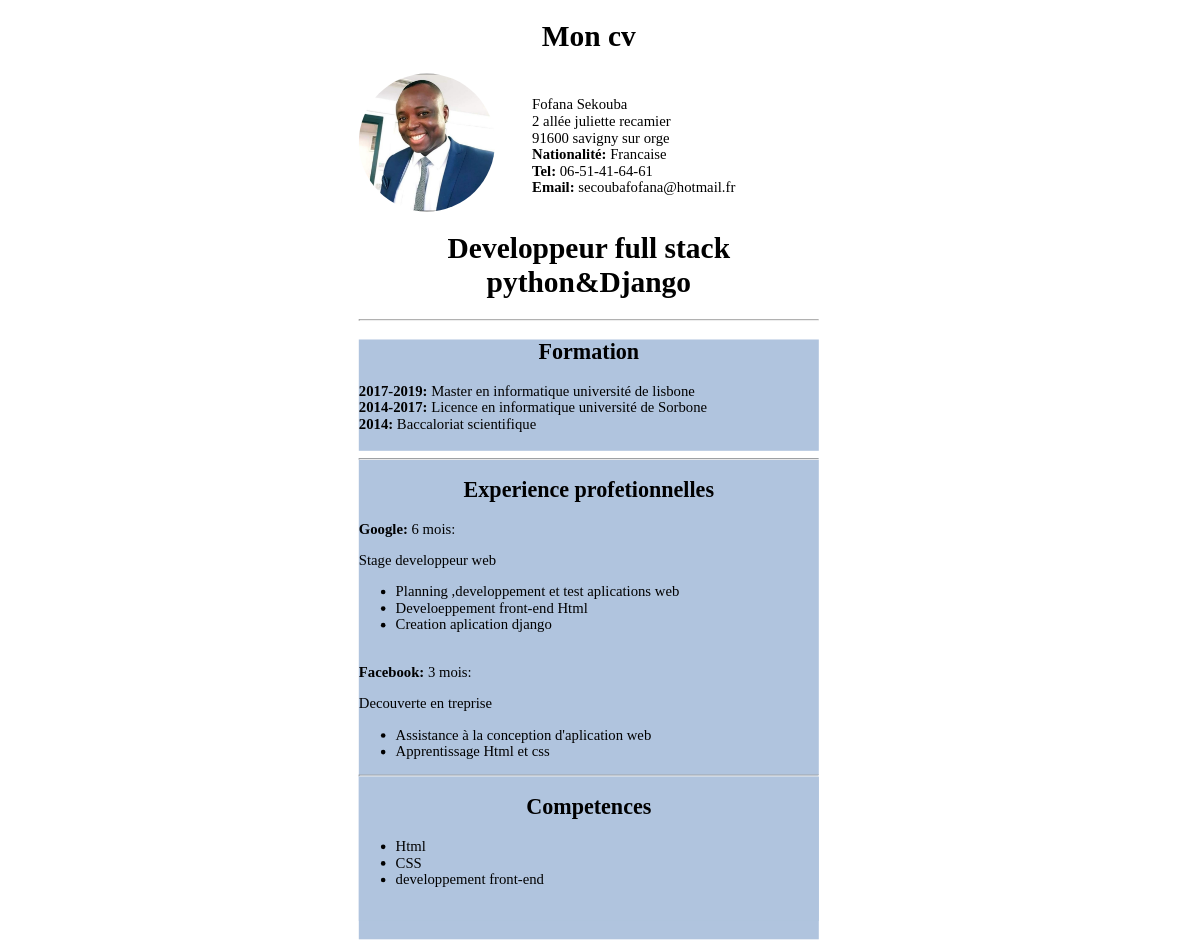
Repository: lamdakara/cv-html
Page: index.html
An editor plug-in stored every save of this project. The page is shown before and after the next save, followed by the edit.
The browser window is 1280 px wide. The pictures show the whole page, at 92% of full size.
Some web libraries are served in a nearby version.

Above is the page before, as saved 2023-08-26 14:11:02.

### index.html
<!DOCTYPE html>
<html lang="fr">
<head>
    <meta charset="UTF-8">
    <meta name="viewport" content="width=device-width, initial-scale=1.0">
    <title>Cv-html-Sekouba</title>
    <link rel="stylesheet" href="/css/style.css">
    <script src="https://kit.fontawesome.com/30d425bcaa.js" crossorigin="anonymous"></script>
</head>
<body>
    <h1>Mon cv</h1>
    <div class="contenu">
    <div class="details">
        <img src="profil.jpg/1661794008238.jpg" alt="image de profil">
    <ul class="liste-details">
        <li>Fofana Sekouba</li>
        <li>2 allée juliette recamier <br>91600 savigny sur orge </li>
        <li><strong>Nationalité:</strong> Francaise</li>
        <li><strong>Tel:</strong> 06-51-41-64-61</li>
        <li><strong>Email:</strong> secoubafofana@hotmail.fr</li>
    </ul>
</div>
    <!-- titre h1 -->
    <h1>Developpeur full stack  <br> python&Django</h1>

    <hr>
    <div class="cv-section">
    <h2>Formation</h2>
    <strong>2017-2019:</strong>
    <span>Master en informatique université de lisbone</span>

    <br>

    <strong>2014-2017:</strong>
    <span>Licence en informatique université de Sorbone</span>

    <br>

    <strong>2014:</strong>
    <span>Baccaloriat scientifique</span>

    </div>
    <div class="cv-section">
    <hr>
    <div>
    <h2>Experience profetionnelles</h2>
    <strong>Google:</strong>
    <span>6 mois:</span>
    <p>Stage developpeur web</p>
    <ul>
        <li>Planning ,developpement et test aplications web</li>
        <li>Develoeppement front-end Html</li>
        <li>Creation aplication django</li>
    </ul>
    <br>

    </div>

    <strong>Facebook:</strong>
    <span>3 mois:</span>
    <p>Decouverte en treprise</p>
    <ul>
        <li>Assistance à la conception d'aplication web</li>
        <li>Apprentissage Html et css </li>

    </ul>

 <div class="cv-section">
    <hr>

    <h2>Competences</h2>
    <ul>
        <li>Html</li>
        <li>CSS</li>
        <li>developpement front-end</li>
    </ul>
</div>
</div>
</body>
</html>

### css/style.css
.contenu{
    width: 500px;
    margin: 10px auto;
    /*background-color: lightskyblue;*/
}

.details{
   /* background-color:lightpink;*/
    height: 150px;
}
.details img {
    float: left;

    height: 150px;
    border-radius: 50%;
}
.liste-details{
    /*background-color: lightsalmon;*/
    float: left;
    list-style: none;
    margin-top: 25px;
}
.cv-section{
    background-color: lightsteelblue;
    padding-bottom: 20px;
}

h1,h2{
text-align: center;
}

After the next save:
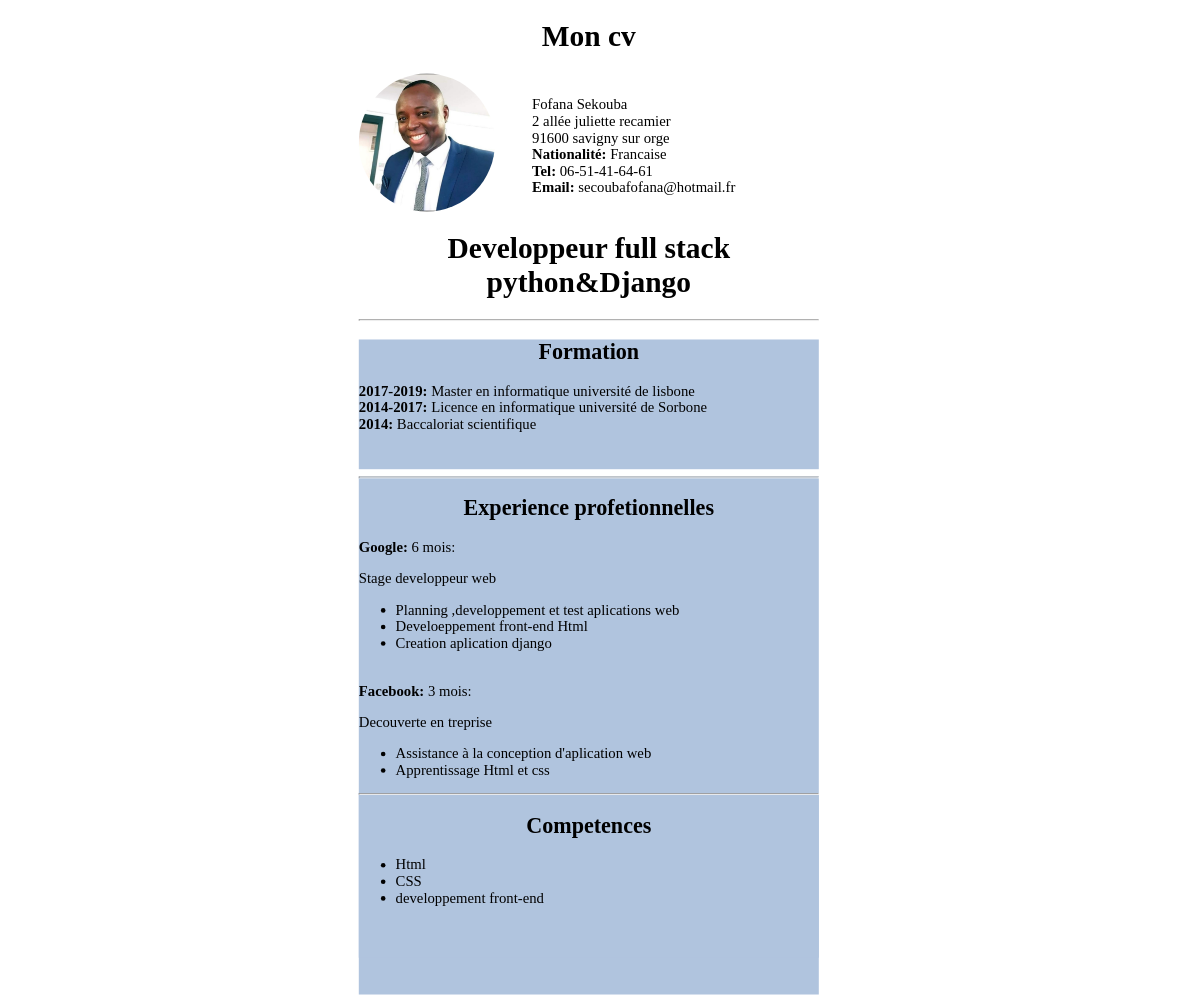
Saved 4 min 22 s later.
--- a/css/style.css
+++ b/css/style.css
@@ -22,7 +22,7 @@
 }
 .cv-section{
     background-color: lightsteelblue;
-    padding-bottom: 20px;
+    padding-bottom: 40px;
 }
 
 h1,h2{

After the save that followed:
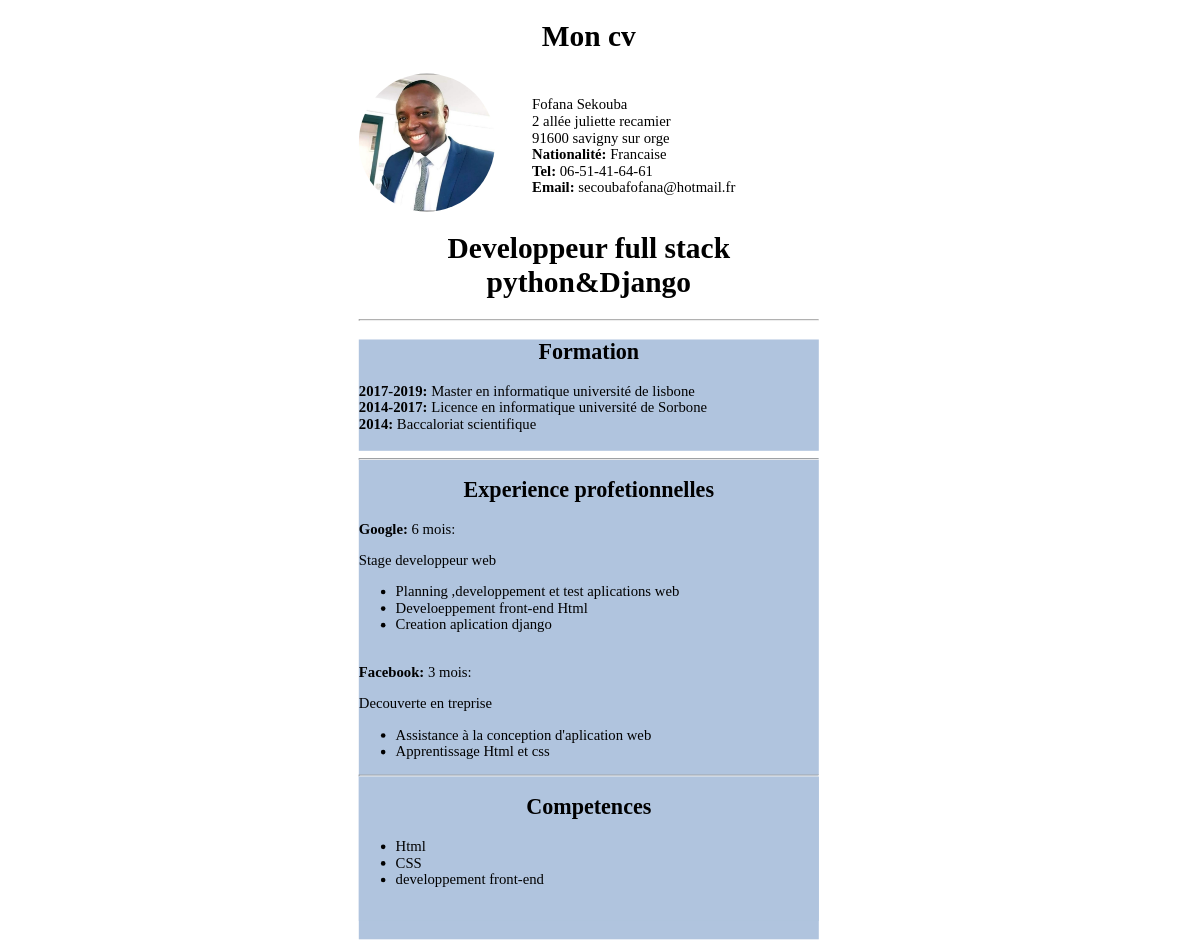
Saved 47 s later.
--- a/css/style.css
+++ b/css/style.css
@@ -22,7 +22,7 @@
 }
 .cv-section{
     background-color: lightsteelblue;
-    padding-bottom: 40px;
+    padding-bottom: 20px;
 }
 
 h1,h2{
